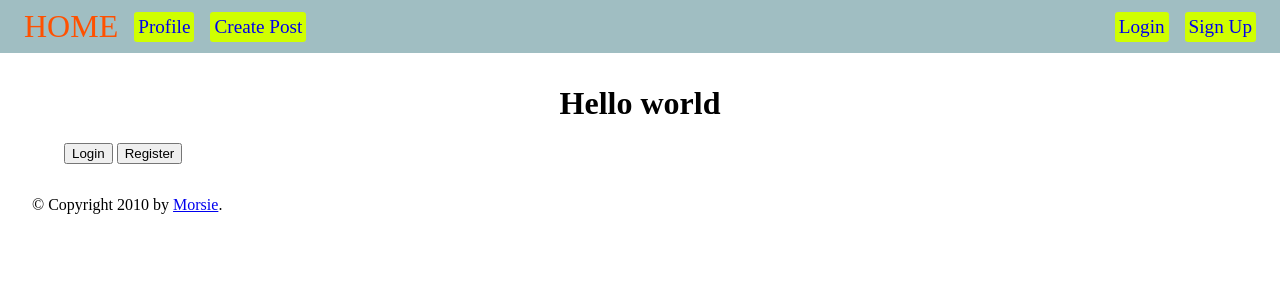
Repository: MorsChen/python-blog
Page: templates/home.html
An editor plug-in stored every save of this project. The page is shown before and after the next save, followed by the edit.
The browser window is 1280 px wide. The pictures show the whole page.
The page is served by the project's application, run on Flask 3 (default.py). The template is opened directly, without the code that normally fills it, so the values that code supplies are empty.

Above is the page before, as saved 2019-09-09 16:57:28.

After the next save:
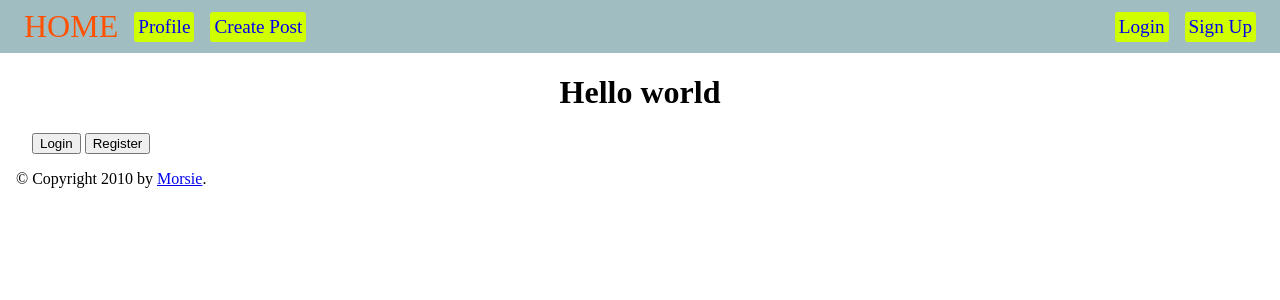
Saved 6 s later.
--- a/static/style.css
+++ b/static/style.css
@@ -50,5 +50,5 @@ body{
 }
 
 #content {
-    margin: 2rem;
+    margin: 1rem;
 }
